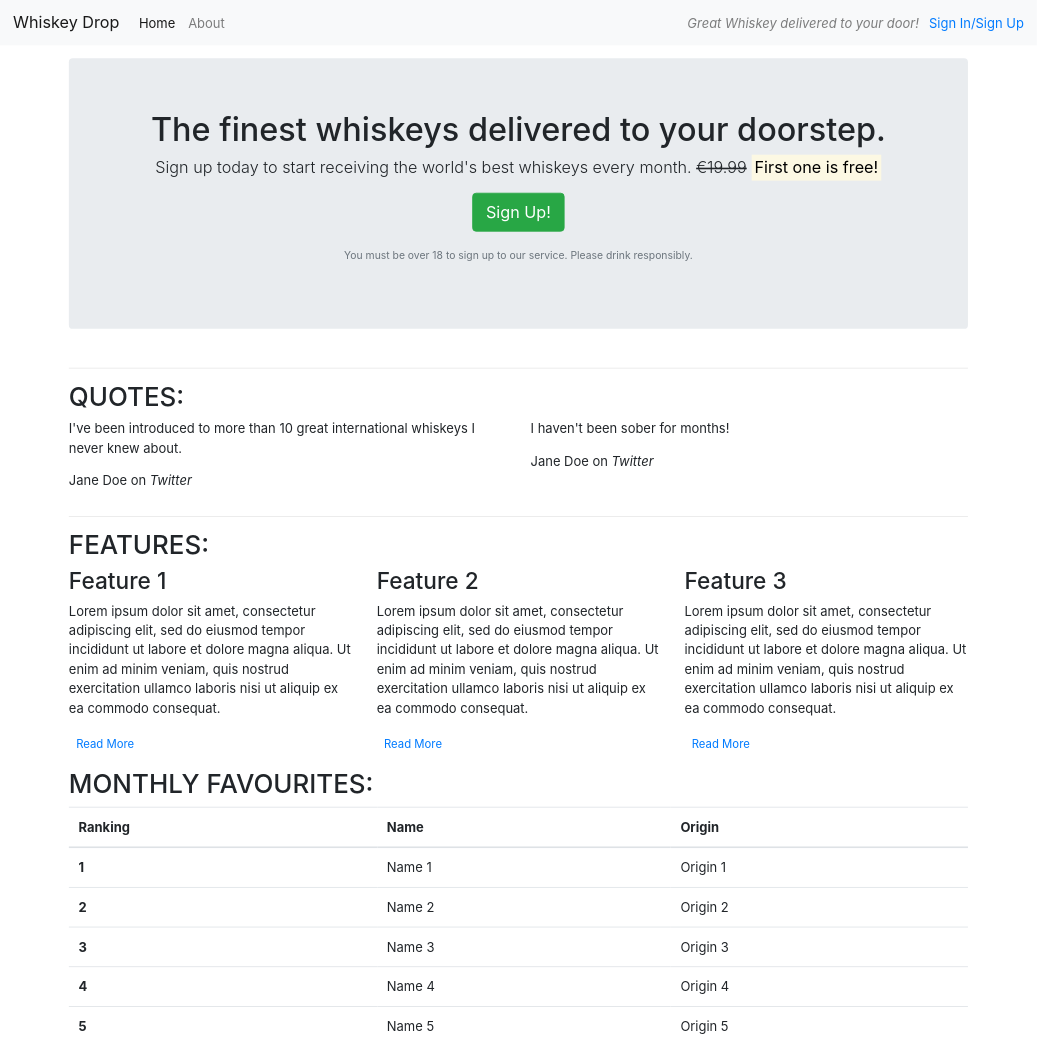
Repository: ElaineArchbold/bootstrap_landing_page1
Page: index.html
The author's editor kept a record of every edit. The page is drawn from the files as they stood at one moment, then again after the next edit.
The browser window is 1280 px wide. The pictures show the whole page, at 81% of full size.

Above is the page before.

After the next edit:
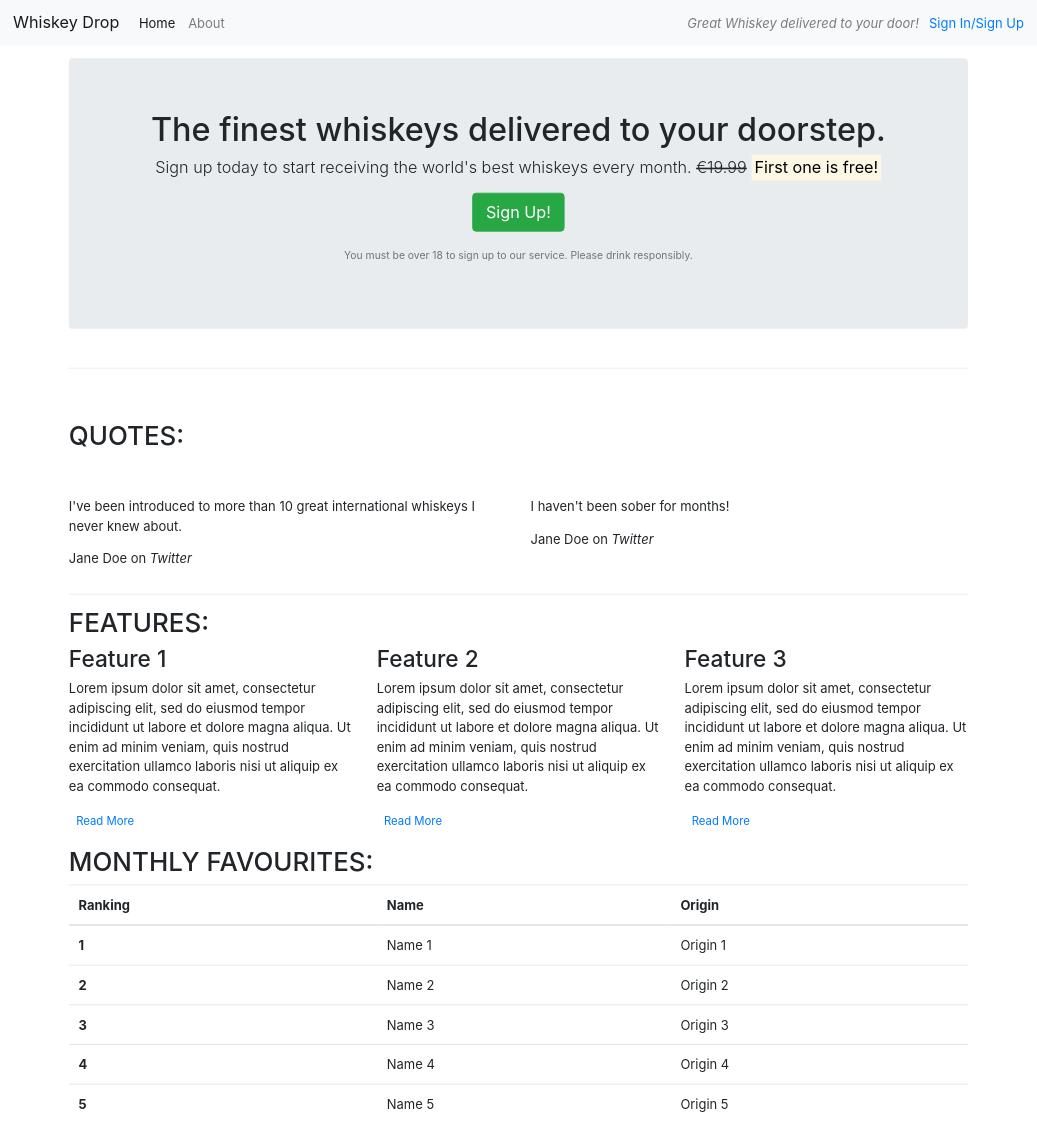
The edit:
--- a/index.html
+++ b/index.html
@@ -47,7 +47,7 @@
         <!-- Quotes -->
         <section class="quotes">
             <div class="row">
-                <div class="col-12">
+                <div class="col-12 my-5">
                     <h2 class="text-uppercase">Quotes:</h2>
                 </div>
             </div>
